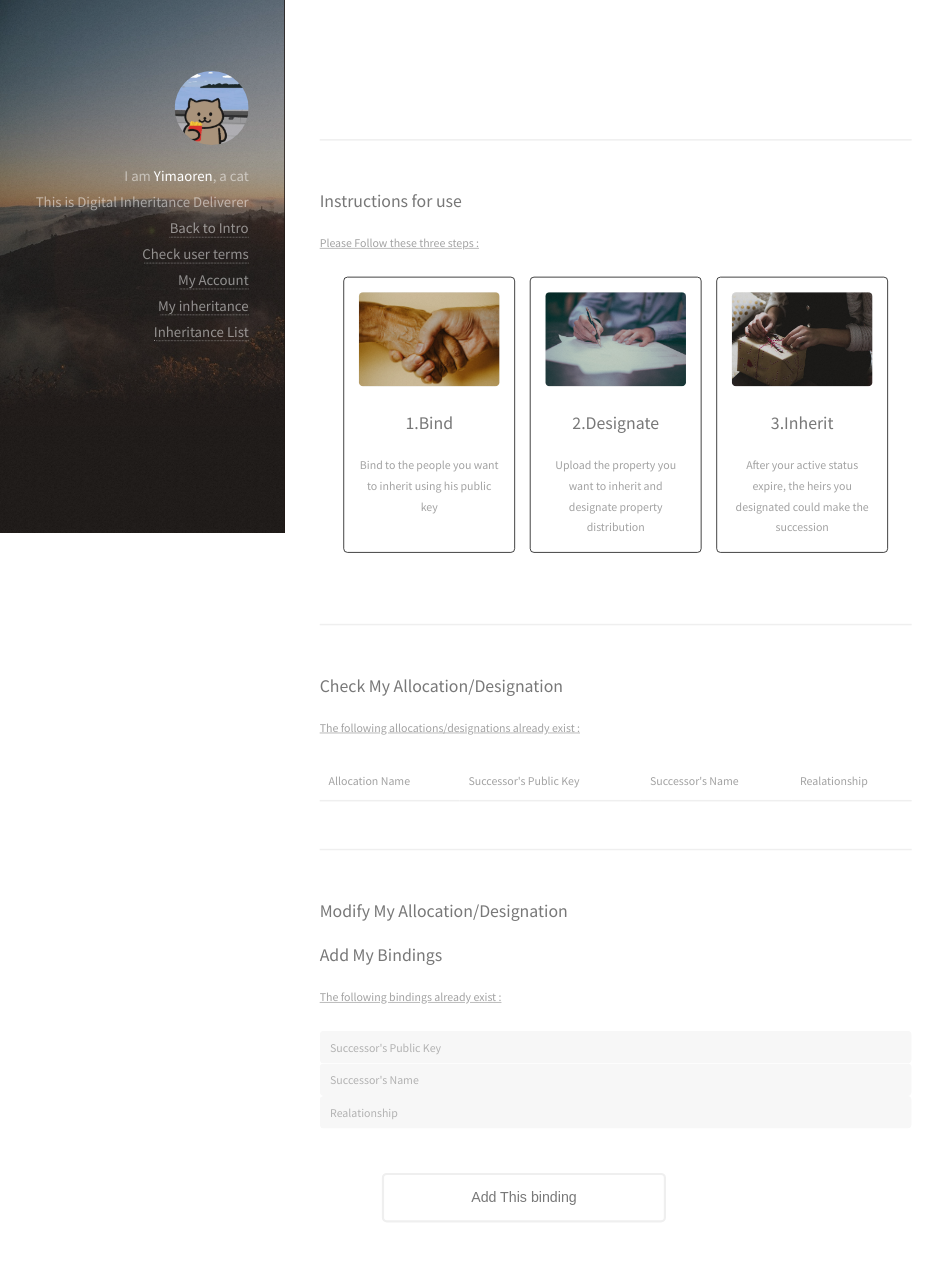
Repository: 1mocat/DID-blockchain-project
Page: Digital_I_D/app/src/my_inher.html
An editor plug-in stored every save of this project. The page is shown before and after the next save, followed by the edit.
The browser window is 1280 px wide. The pictures show the whole page, at 74% of full size.

Above is the page before, as saved 2023-10-03 13:37:03.

### Digital_I_D/app/src/my_inher.html
<!DOCTYPE HTML>
<html>



<head>
	<title>Strata by HTML5 UP</title>
	<meta charset="utf-8" />
	<meta name="viewport" content="width=device-width, initial-scale=1, user-scalable=no" />
	<link rel="stylesheet" href="assets_account/css/main.css" />
	<style>
		#countdown {
			font-size: 16px;
			color: rgb(240, 55, 123);
		}

		.container {
			display: grid;
			/* 使用 grid 布局 */
			grid-template-columns: repeat(3, 1fr);
			/* 创建三列，均匀分布空间 */
			gap: 20px;
			/* 间隔大小 */
		}

		.box {
			padding: 20px;
			/* 内边距 */
			border: 1px solid #000;
			/* 边框样式 */
			text-align: center;
			/* 文本居中 */
		}

		.solid-line {
			border: none;
			border-top: 1px solid #000;
			/* 使用 dashed 边框样式和颜色 */
			margin: 0px;
			/* 设置上下间距 */
			height: 1px;
			/* 减小实线的高度 */
		}

		.content {
			padding: 20px;
		}

		.custom-button-left {
			margin-left: 100px;
			/* 添加右侧边距，根据需要调整间距大小 */
		}
		.custom-button-left {
			margin-right: 100px;
			/* 添加右侧边距，根据需要调整间距大小 */
		}
	</style>
</head>

<body class="is-preload">

	<!-- Header -->

	<header id="header">
		<div class="inner">
			<a href="#" class="image avatar"><img src="images/yimaoren.jpg" alt="" /></a>
			<h1>I am <strong>Yimaoren</strong>, a cat<br /></h1>
			<h1>This is Digital Inheritance Deliverer</h1>
			<h1><a href="index.html">Back to Intro</a></h1>
			<h1><a href="UserAgreement.html">Check user terms</a></h1>
			<h1><a href="myaccount.html">My Account</a></h1>
			<h1><a href="my_inher.html">My inheritance</a></h1>
			<h1><a href="inher_list.html">Inheritance List</a></h1>
		</div>
	</header>

	<!-- Main -->
	<div id="main">

		<!-- One -->
		<br>
		<section id="one" class="section-container">
			<h2>Instructions for use</h2>
			<p><u>Please Follow these three steps :</u></p>
			<div class="container">
				<div class="box">
					<a class="image fit"><img src="images/bind.jpg" title="Bind" alt="" /></a>
					<h2>1.Bind</h2>
					<p>Bind to the people you want to inherit using his public key</p>
				</div>
				<div class="box">
					<a class="image fit"><img src="images/assign.jpg" title="Designate" alt="" /></a>
					<h2>2.Designate</h2>
					<p>Upload the property you want to inherit and designate property distribution</p>
				</div>
				<div class="box">
					<a class="image fit"><img src="images/open.png" title="Inherit" alt="" /></a>
					<h2>3.Inherit</h2>
					<p>After your active status expire, the heirs you designated could make the succession</p>
				</div>
			</div>



		</section>
		<section id="two">
			<h2>Check My Allocation/Designation</h2>
			<p><u>The following allocations/designations already exist :</u></p>
			<div class="table-margin">
				<table class="table table-bordered table-header">
					<thead>
						<tr>
							<td class="w15">Allocation Name</td>
							<td class="w15">Successor's Public Key</td>
							<td class="w15">Successor's Name</td>
							<td class="w15">Realationship</td>
						</tr>
					</thead>
					<tbody id="details"></tbody>
				</table>
			</div>

		</section>

		<!-- Three -->
		<section id="three">
			<h2>Modify My Allocation/Designation</h2>
			<h2>Add My Bindings</h2>
				<p><u>The following bindings already exist :</u></p>
					<form method="post" action="#">
						<div class="fields">
							<div class="field half"><input type="text" name="Successor's Public Key" placeholder="Successor's Public Key" /></div>
							<div class="field half"><input type="text" name="Successor's Name" placeholder="Successor's Name" /></div>
							<div class="field half"><input type="text" name="Realationship" placeholder="Realationship" /></div>
						</div>
						<br>

					</form>
					<ul class="actions">
						<button onclick="" class="button custom-button-left" style="font-size: 1.2em; height: 3.5em; width: 2em;">Add This binding</button>
					</ul>
		</section>



	</div>



	<!-- Scripts -->
	<script src="assets_account/js/jquery.min.js"></script>
	<script src="assets_account/js/jquery.poptrox.min.js"></script>
	<script src="assets_account/js/browser.min.js"></script>
	<script src="assets_account/js/breakpoints.min.js"></script>
	<script src="assets_account/js/util.js"></script>
	<script src="assets_account/js/main.js"></script>




</body>

</html>

Loaded but not shown: Digital_I_D/app/src/assets_account/js/jquery.min.js (library); Digital_I_D/app/src/assets_account/js/jquery.poptrox.min.js (library); Digital_I_D/app/src/assets_account/js/browser.min.js (common file); Digital_I_D/app/src/assets_account/js/breakpoints.min.js (common file); Digital_I_D/app/src/assets_account/css/fontawesome-all.min.css (library); Digital_I_D/app/src/assets_account/js/util.js (587 lines, source omitted); Digital_I_D/app/src/assets_account/js/main.js (117 lines, source omitted); Digital_I_D/app/src/assets_account/css/main.css (3221 lines, source omitted)

After the next save:
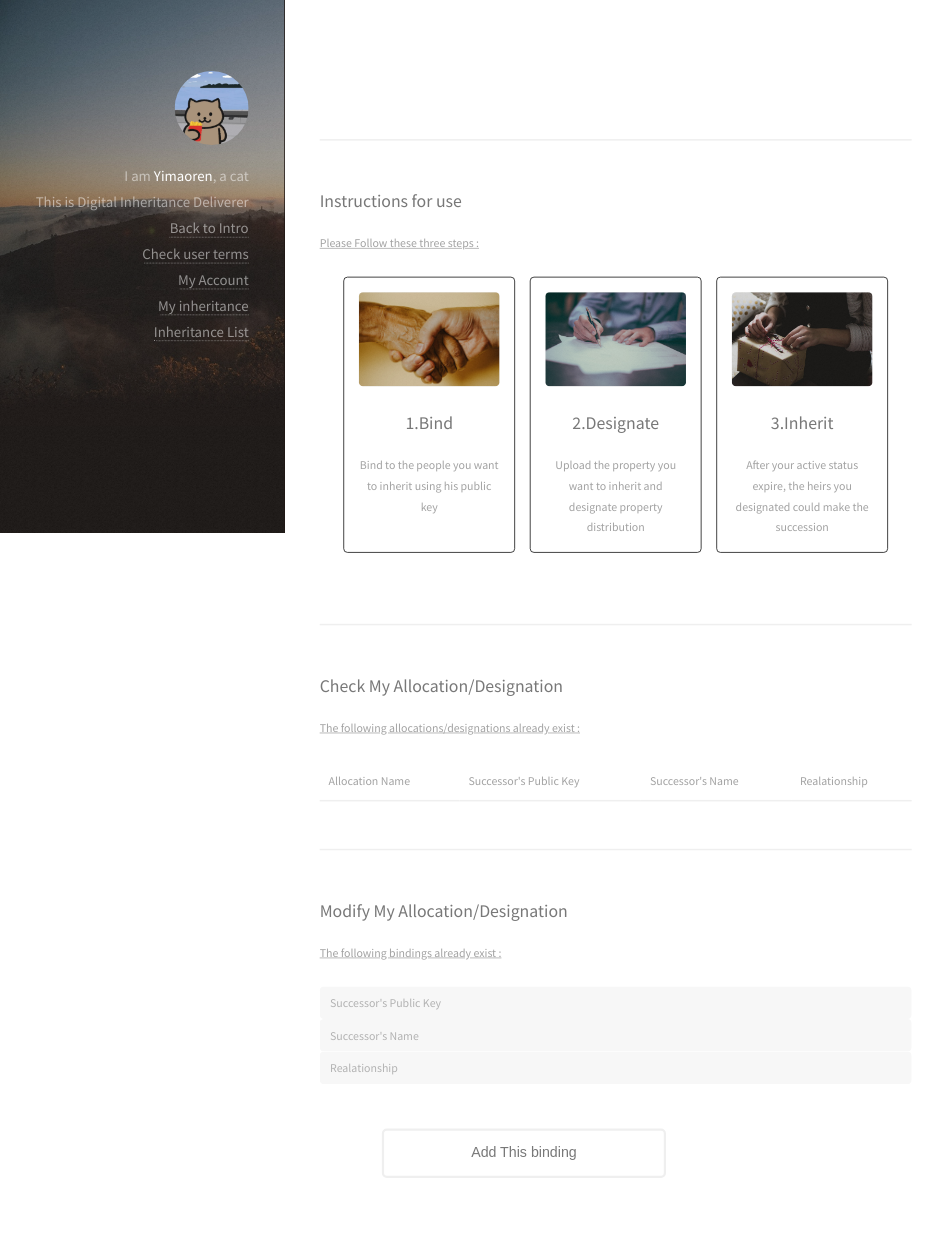
Saved 25 s later.
--- a/Digital_I_D/app/src/my_inher.html
+++ b/Digital_I_D/app/src/my_inher.html
@@ -125,7 +125,6 @@
 		<!-- Three -->
 		<section id="three">
 			<h2>Modify My Allocation/Designation</h2>
-			<h2>Add My Bindings</h2>
 				<p><u>The following bindings already exist :</u></p>
 					<form method="post" action="#">
 						<div class="fields">
